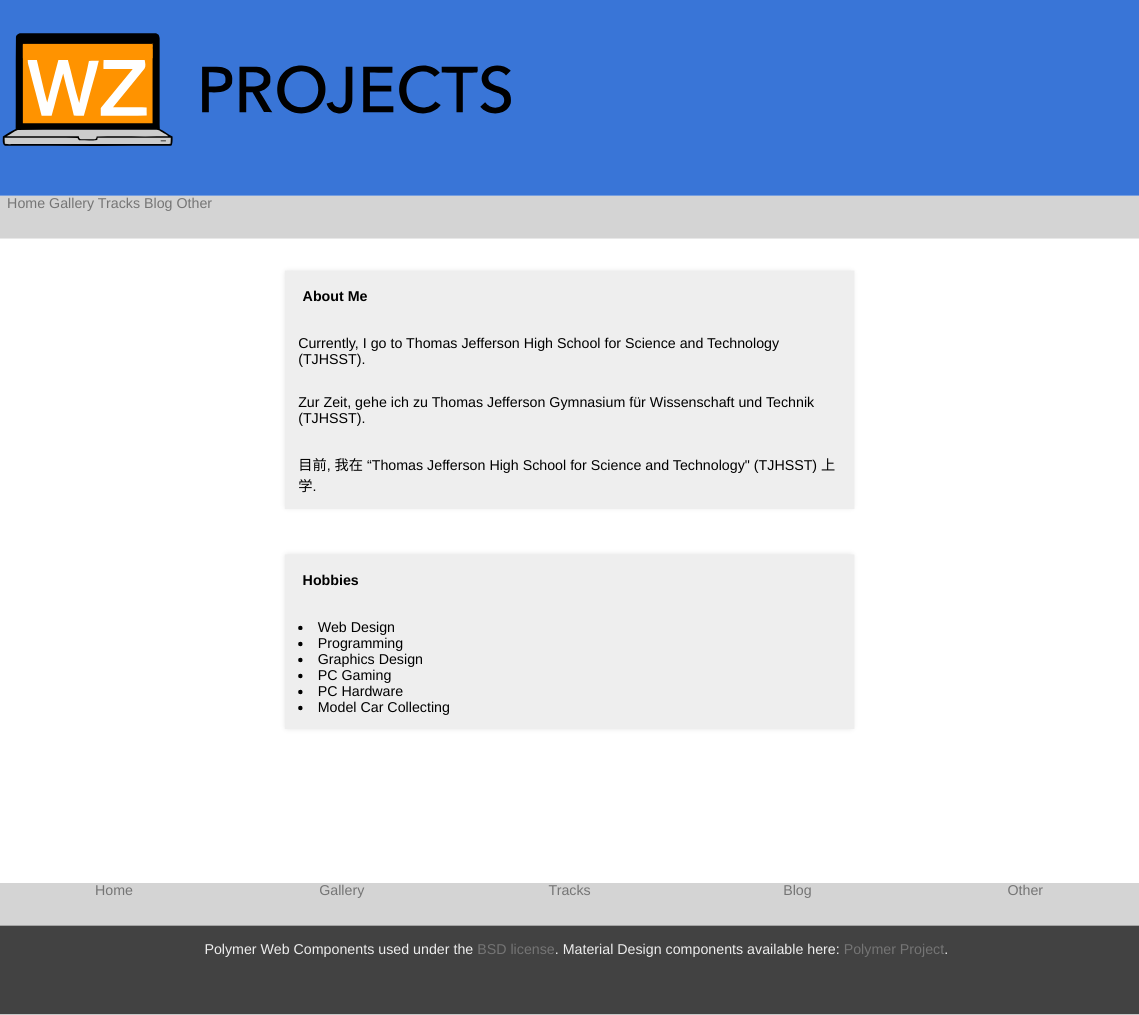
Repository: willzhang05/willzhang05.github.io-old
Page: about.html
The author's editor kept a record of every edit. The page is drawn from the files as they stood at one moment, then again after the next edit.
The browser window is 1280 px wide. The pictures show the whole page, at 89% of full size.

Above is the page before.

After the next edit:
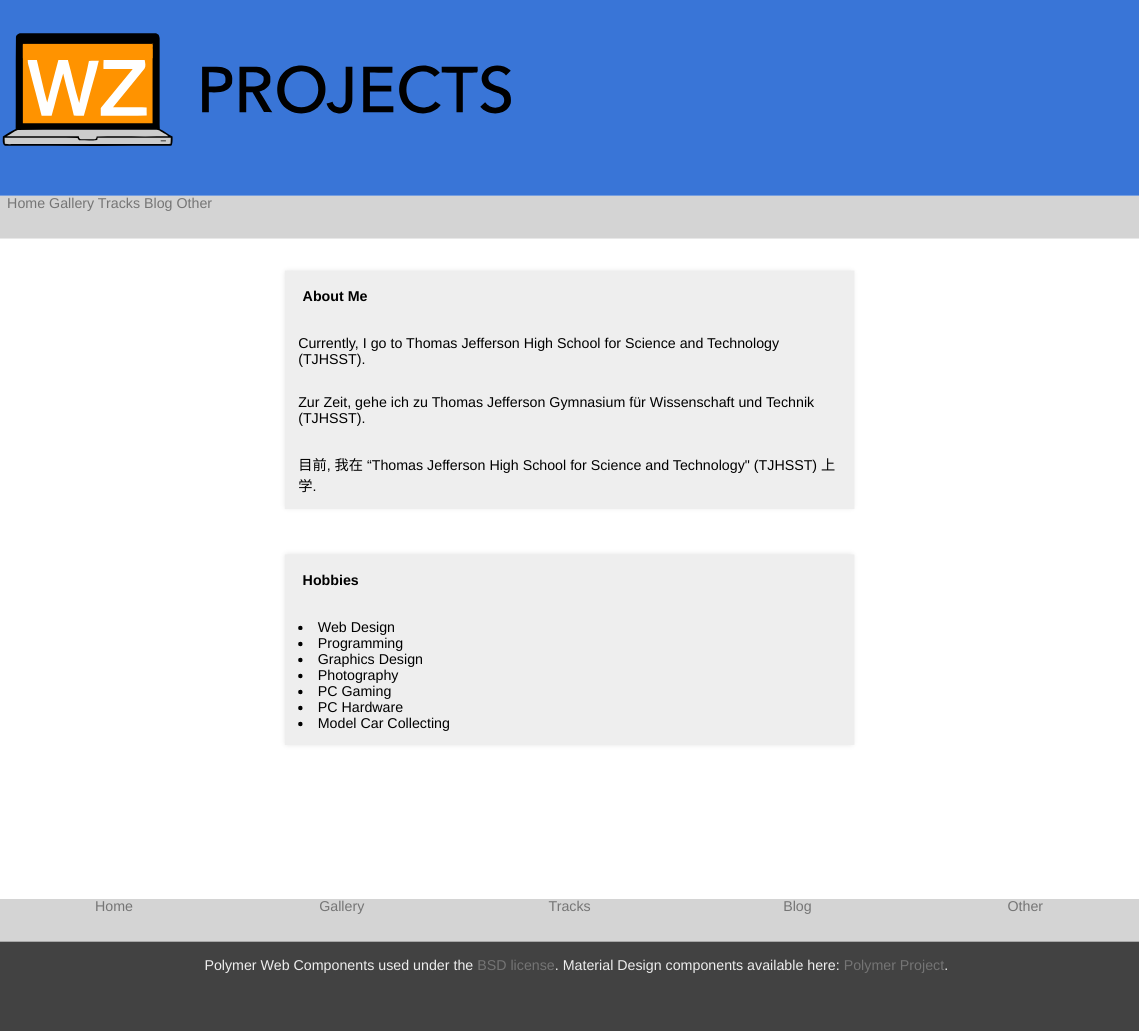
The edit:
--- a/about.html
+++ b/about.html
@@ -100,6 +100,9 @@
 								Graphics Design
 							</li>
 							<li>
+								Photography
+							</li>
+							<li>
 								PC Gaming
 							</li>
 							<li>
